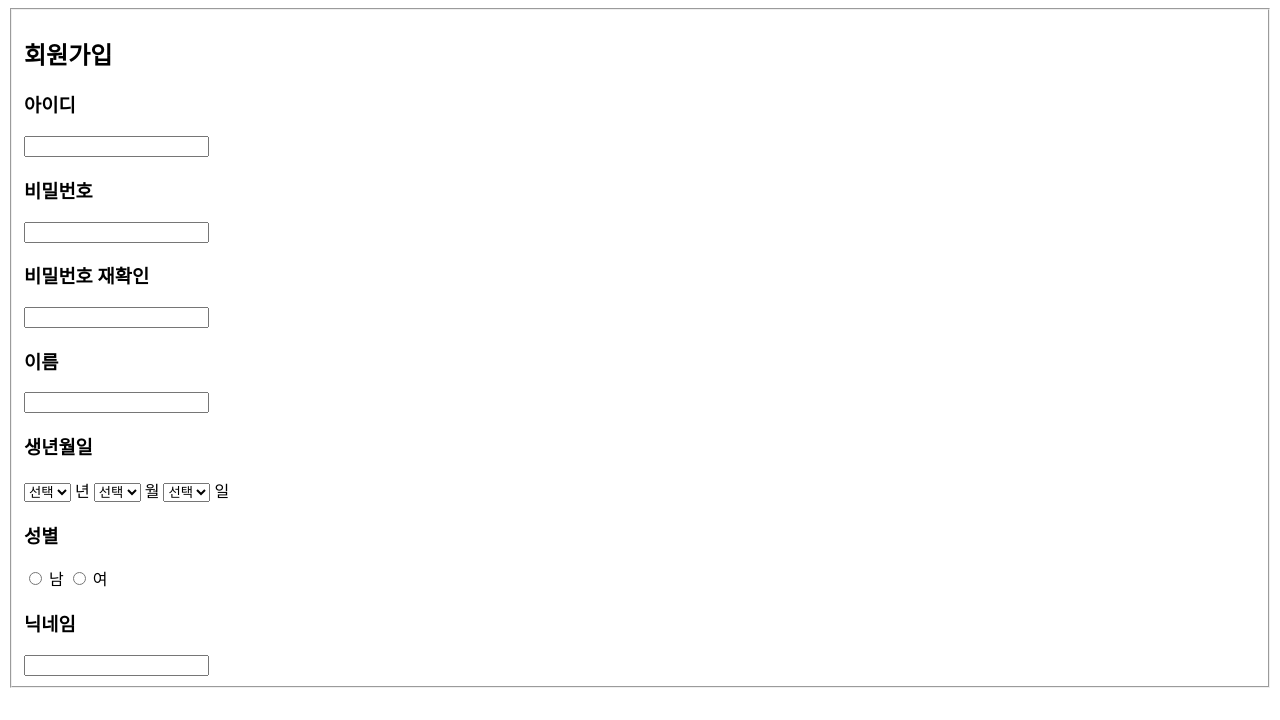
Repository: agheha/trillion
Page: YH/login/login.html
The author's editor kept a copy of each file at every save. The page is drawn from the files as they stood at one save, then again after a run of saves.
The browser window is 1280 px wide. The pictures show the whole page.

Above is the page before, as saved 2019-09-03 17:34:45.

### YH/login/login.html
<!DOCTYPE html>
<html lang="en">
<head>
    <meta charset="UTF-8">
    <meta name="viewport" content="width=device-width, initial-scale=1.0">
    <meta http-equiv="X-UA-Compatible" content="ie=edge">
    <title>Document</title>
    <link rel="stylesheet" href="login.css">
</head>
<body>
    <form>
        <fieldset>
            <h2>회원가입</h2>
                <h3>아이디</h3>
                <div><input type="text" name="msg"></div>
                <h3>비밀번호</h3>
                <div><input type="password" name="pass"></div>
                <h3>비밀번호 재확인</h3>
                <div><input type="password" name="pass"></div>
                <h3>이름</h3>
                <div><input type="password" name="name"></div>
                <h3>생년월일</h3>
                <div>
                    <select name="year">
                        <option value="1">서울</option>
                        <option value="2">대구</option>
                        <option value="0" selected>선택</option>
                    </select> 년
                    <select name="year">
                        <option value="1">서울</option>
                        <option value="2">대구</option>
                        <option value="0" selected>선택</option>
                    </select> 월
                    <select name="year">
                        <option value="1">서울</option>
                        <option value="2">대구</option>
                        <option value="0" selected>선택</option>
                    </select> 일
                </div>
                <h3>성별</h3>
                <div>
                    <input type="radio" id ="gen1" name="gender">
                    <label for="gen1">남</label>
                    <input type="radio" id="gen2"name="gender" value="1">
                    <label for="gen2">여</label>
                </div>
                <h3>닉네임</h3>
                <div><input type="password" name="nicname"></div>

        </fieldset>
    </form>
</body>
</html>

Loaded but not shown: YH/login/login.css (no copy from this time; the picture is the same without it)

After the next 2 saves:
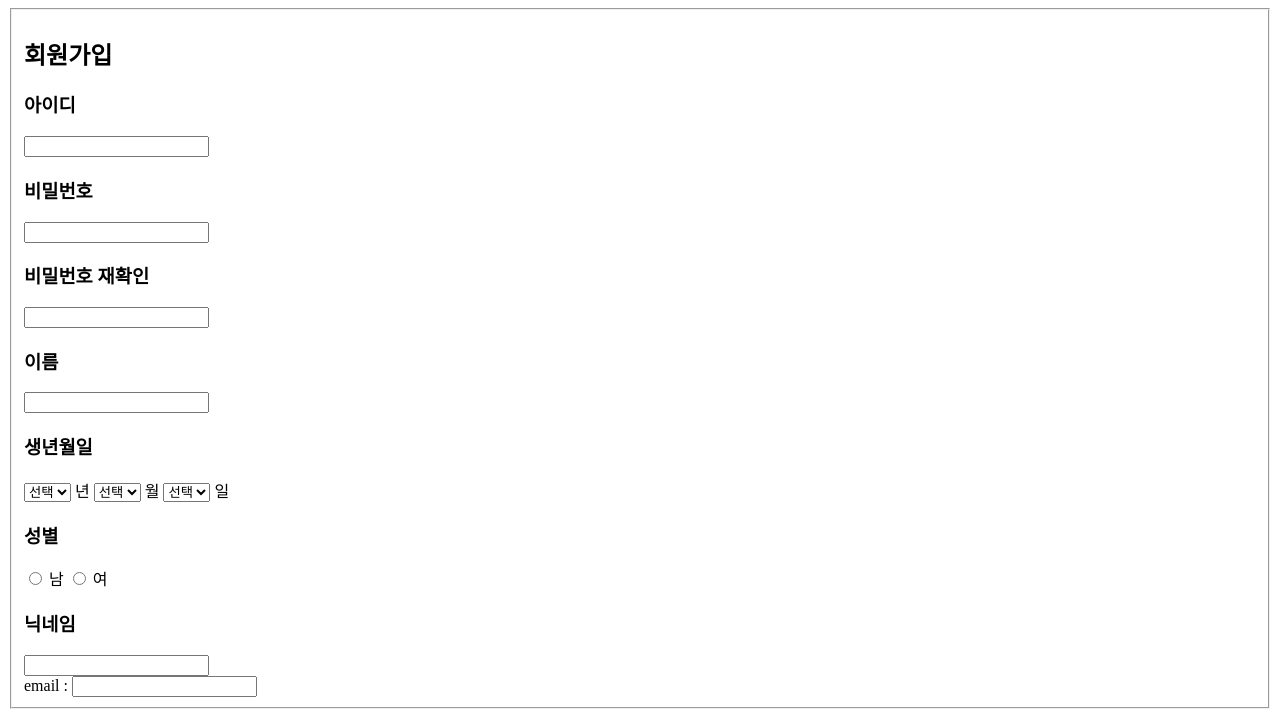
The 2 saves are shown as one change because they came seconds apart.
The last was saved 114 s later.
--- a/YH/login/login.html
+++ b/YH/login/login.html
@@ -46,7 +46,8 @@
                 </div>
                 <h3>닉네임</h3>
                 <div><input type="password" name="nicname"></div>
-
+                email :
+                <input type="email" name="email" required>
         </fieldset>
     </form>
 </body>
